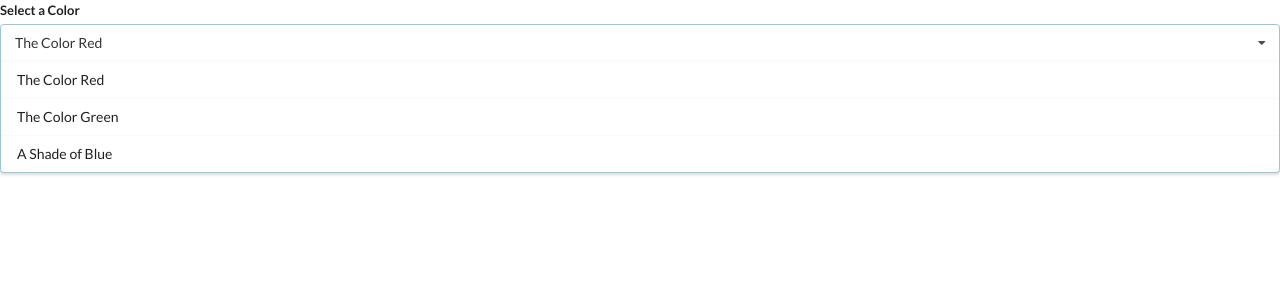
Repository: EgorSherstnev/widgets
Page: /
An editor plug-in stored every save of this project. The page is shown before and after the next save, followed by the edit.
The browser window is 1280 px wide. The pictures show the whole page.
Some web libraries are served in a nearby version. The project was rebuilt for these pictures with package versions that can differ from the ones it lists, and the page was loaded fresh each time. Also part of the build but not shown: src/components/Accordion.js, src/components/Search.js.

Above is the page before, as saved 2022-11-01 23:09:44.

### public/index.html
<!DOCTYPE html>
<html lang="en">
  <head>
    <meta charset="utf-8" />
    <link rel="icon" href="%PUBLIC_URL%/favicon.ico" />
    <meta name="viewport" content="width=device-width, initial-scale=1" />
    <meta name="theme-color" content="#000000" />
    <meta
      name="description"
      content="Web site created using create-react-app"
    />
    <link rel="apple-touch-icon" href="%PUBLIC_URL%/logo192.png" />
    <link rel="stylesheet" href="https://cdnjs.cloudflare.com/ajax/libs/semantic-ui/2.5.0/semantic.min.css" />
    <!--
      manifest.json provides metadata used when your web app is installed on a
      user's mobile device or desktop. See https://developers.google.com/web/fundamentals/web-app-manifest/
    -->
    <link rel="manifest" href="%PUBLIC_URL%/manifest.json" />
    <!--
      Notice the use of %PUBLIC_URL% in the tags above.
      It will be replaced with the URL of the `public` folder during the build.
      Only files inside the `public` folder can be referenced from the HTML.

      Unlike "/favicon.ico" or "favicon.ico", "%PUBLIC_URL%/favicon.ico" will
      work correctly both with client-side routing and a non-root public URL.
      Learn how to configure a non-root public URL by running `npm run build`.
    -->
    <title>React App</title>
  </head>
  <body>
    <noscript>You need to enable JavaScript to run this app.</noscript>
    <div id="root"></div>
    <!--
      This HTML file is a template.
      If you open it directly in the browser, you will see an empty page.

      You can add webfonts, meta tags, or analytics to this file.
      The build step will place the bundled scripts into the <body> tag.

      To begin the development, run `npm start` or `yarn start`.
      To create a production bundle, use `npm run build` or `yarn build`.
    -->
  </body>
</html>

### src/index.js
import React from "react";
import ReactDOM from "react-dom";
import App from "./App";


ReactDOM.render(<App />, document.querySelector('#root'))

### src/App.js
import React, { useState } from "react";
import Accordion from "./components/Accordion";
import Search from "./components/Search";
import Dropdown from "./components/Dropdown";

const items = [
    {
        title: 'What is React?',
        content: 'React is a front end javascript framework'
    },
    {
        title: 'Why use React?',
        content: 'React is a favorite library among engineers'
    },
    {
        title: 'How do you use React?',
        content: 'You use React by creating components'
    }
];

const options = [
    {
        label: 'The Color Red',
        value: 'red'
    },
    {
        label: 'The Color Green',
        value: 'green'
    },
    {
        label: 'A Shade of Blue',
        value: 'blue'
    }
];

export default () => {
    const [selected, setSelected] = useState(options[0]);

    return (
        <div>
            <Dropdown
                selected={selected}
                onSelectedChange={setSelected}
                options={options}
            />
        </div>
    );
};

### src/components/Dropdown.js
import React from "react";

const Dropdown = ({ options, selected, onSelectedChange }) => {
    const renderedOptions = options.map((option) => {
        return(
            <div
                key={option.value}
                className="item"
                onClick={() => onSelectedChange(option)}
            >
                {option.label}
            </div>
        );
    });

    return (
        <div className="ui form">
            <div className="field">
                <label className="label">Select a Color</label>
                <div className="ui selection dropdown visible active">
                    <i className="dropdown icon"></i>
                    <div className="text">{selected.label}</div>
                    <div className="menu visible transition">
                        {renderedOptions}
                    </div>
                </div>
            </div>
        </div>
    );
};

export default Dropdown;

After the next save:
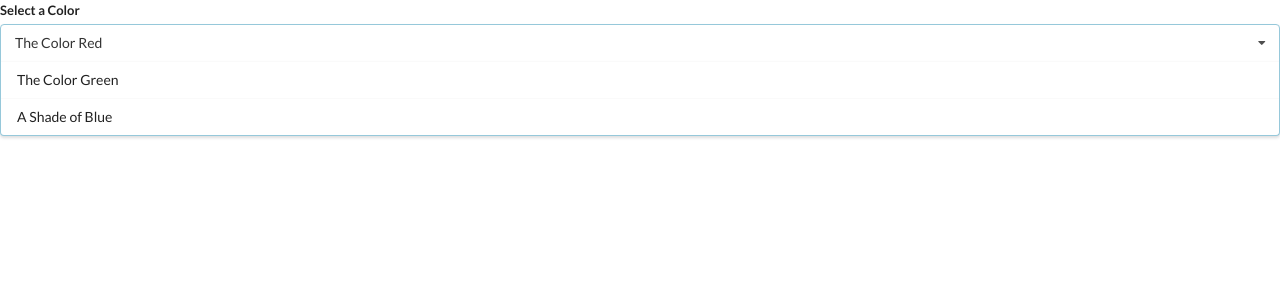
Saved 2 min 59 s later.
--- a/src/components/Dropdown.js
+++ b/src/components/Dropdown.js
@@ -2,6 +2,10 @@
 
 const Dropdown = ({ options, selected, onSelectedChange }) => {
     const renderedOptions = options.map((option) => {
+        if(option.value === selected.value) {
+            return null;
+        };
+
         return(
             <div
                 key={option.value}
